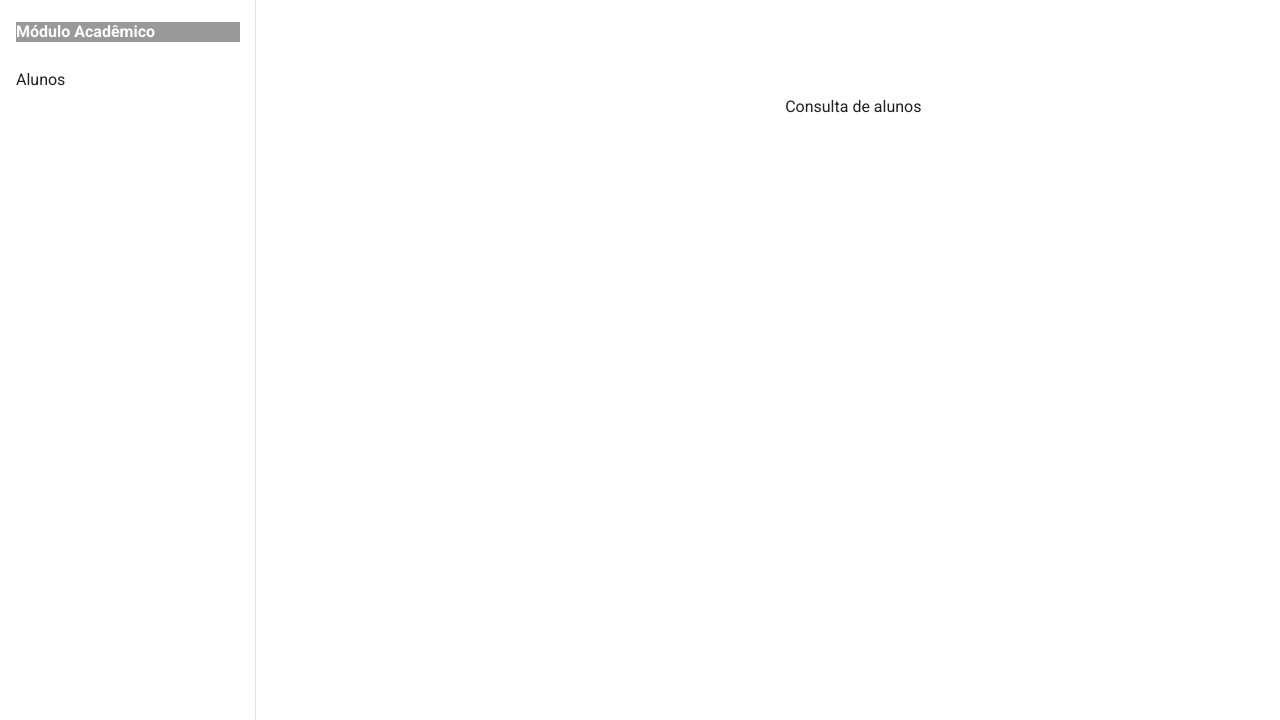
Repository: sergiohidekiono/vue-student
Page: /
The author's editor kept a copy of each file at every save. The page is drawn from the files as they stood at one save, then again after the next save.
The browser window is 1280 px wide. The pictures show the whole page.
The project was rebuilt for these pictures with package versions that can differ from the ones it lists, and the page was loaded fresh each time. Also part of the build but not shown: vue.config.js.

Above is the page before, as saved 2024-08-07 09:36:01.

### src/App.vue
<template>
  <v-app>
    <v-main class="wrapper">
      <StudentList class="wrapper" />
    </v-main>
  </v-app>
</template>

<script>
import StudentList from './components/student-list';

export default {
  name: 'App',

  components: {
    StudentList,
  },

  data: () => ({
    //
  }),
};
</script>

<style>
.wrapper {
  width: 100vw;
  height: 100vh;
  margin: 0;
}
</style>

### src/components/student-list.vue
<template>
    <v-container>
        <v-row>
            <div class="d-flex align-start">
                <v-img :src="require('../assets/logo.png')" class="my-3" />
            </div>
        </v-row>
        <!-- <v-row>
            <v-col cols="2">
                <v-row class="">
                    <h4>Módulo Acadêmico</h4>
                </v-row>
                <v-row>
                    <span>Alunos</span>
                </v-row>

            </v-col>
            <v-col cols="10">
                <v-row cols="12" class="d-flex justify-center">
                    <span>Consulta de alunos</span>
                </v-row>
            </v-col>
        </v-row> -->
        <v-row>
            <v-col cols="2">
                <v-navigation-drawer v-model="drawer" app clipped :permanent="false">
                    <v-list>
                        <v-list-item>
                            <v-list-item-content class="header-table">
                                <v-list-item-title style="padding: 0; margin: 0;">
                                    <h4>Módulo Acadêmico</h4>
                                </v-list-item-title>
                            </v-list-item-content>
                        </v-list-item>
                        <v-list-item link>
                            <v-list-item-content>
                                <v-list-item-title>Alunos</v-list-item-title>
                            </v-list-item-content>
                        </v-list-item>
                    </v-list>
                </v-navigation-drawer>
            </v-col>
            <v-col cols="10">
                <v-row cols="12" class="d-flex justify-center">
                    <span>Consulta de alunos</span>
                </v-row>
            </v-col>
        </v-row>

    </v-container>
</template>

<script>

export default {
    mounted() {
        this.$nextTick(() => {
            const elements = document.querySelectorAll('.v-list-item-content');
            elements.forEach(element => {
                element.removeAttribute('tabindex');
            });
        });
    }
};

</script>

<style scoped>
.header-table {
    color: white;
    background: #999999;
    padding: 0 !important;
    /* Força a remoção do padding */
}

.v-list-item-content {
    padding: 0 !important;
    /* Remove padding dos itens de lista */
}

.v-list-item-title {
    padding: 0 !important;
    /* Remove padding dos títulos */
}
</style>

Loaded but not shown: public/index.html (common file); src/main.js (common file); src/plugins/vuetify.js (common file)

After the next save:
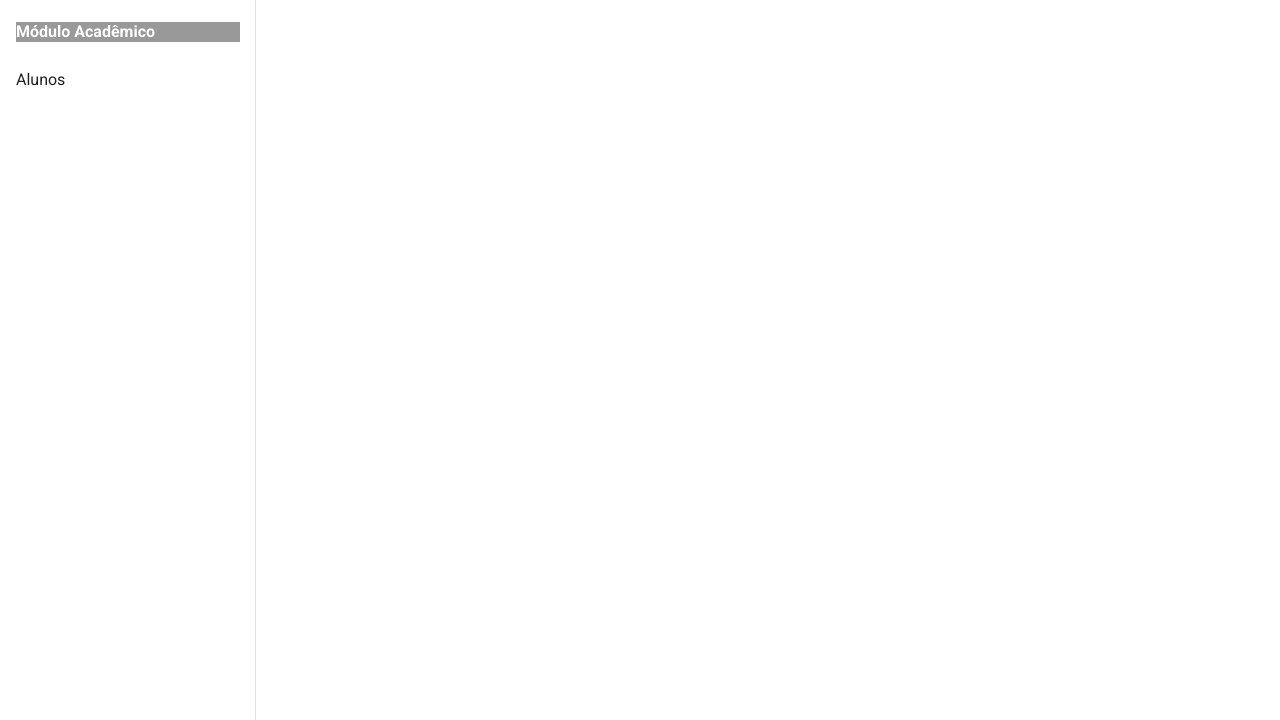
Saved 25 s later.
--- a/src/components/student-list.vue
+++ b/src/components/student-list.vue
@@ -26,25 +26,21 @@
                 <v-navigation-drawer v-model="drawer" app clipped :permanent="false">
                     <v-list>
                         <v-list-item>
-                            <v-list-item-content class="header-table">
+                            <v-list-item-content class="header-table" style="padding: 0 !important;">
                                 <v-list-item-title style="padding: 0; margin: 0;">
                                     <h4>Módulo Acadêmico</h4>
                                 </v-list-item-title>
                             </v-list-item-content>
                         </v-list-item>
                         <v-list-item link>
-                            <v-list-item-content>
+                            <v-list-item-content style="padding: 0;">
                                 <v-list-item-title>Alunos</v-list-item-title>
                             </v-list-item-content>
                         </v-list-item>
                     </v-list>
                 </v-navigation-drawer>
             </v-col>
-            <v-col cols="10">
-                <v-row cols="12" class="d-flex justify-center">
-                    <span>Consulta de alunos</span>
-                </v-row>
-            </v-col>
+
         </v-row>
 
     </v-container>

After the 3 saves that followed:
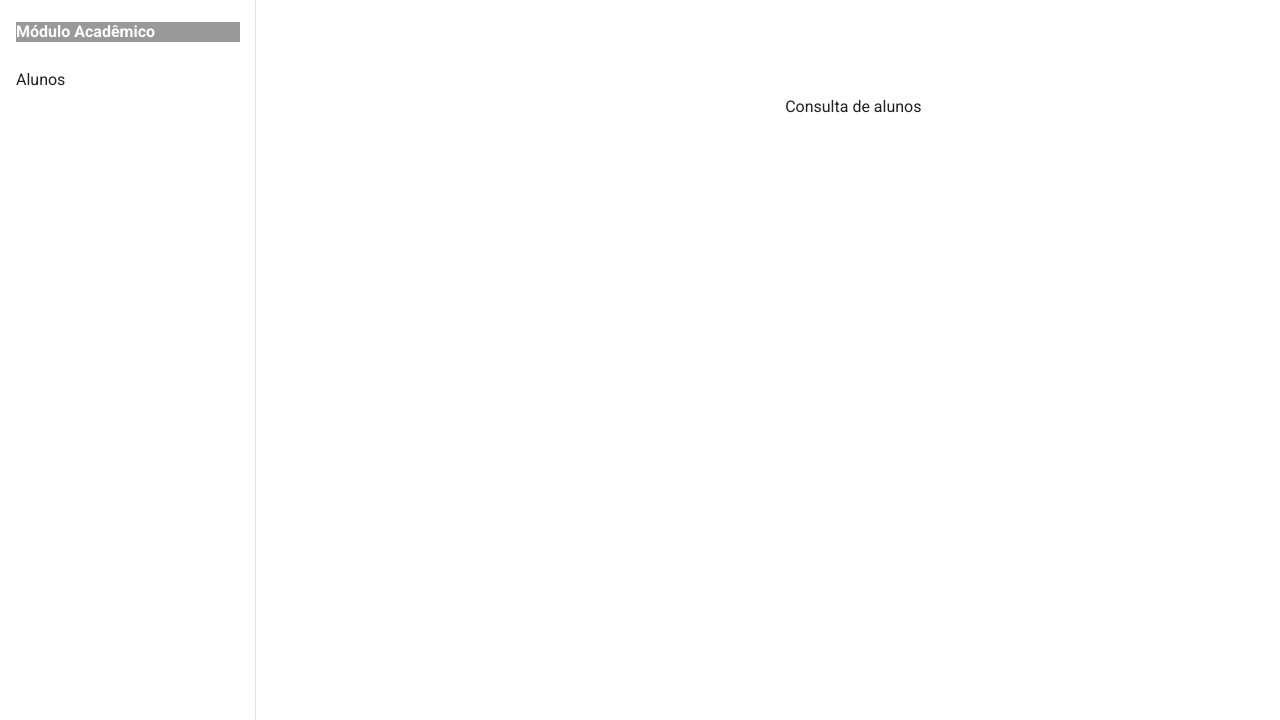
The 3 saves are shown as one change because 2 left the picture as it was.
The last was saved 89 s later.
--- a/src/components/student-list.vue
+++ b/src/components/student-list.vue
@@ -40,9 +40,12 @@
                     </v-list>
                 </v-navigation-drawer>
             </v-col>
-
+            <v-col cols="10">
+                <v-row cols="12" class="d-flex justify-center">
+                    <span>Consulta de alunos</span>
+                </v-row>
+            </v-col>
         </v-row>
-
     </v-container>
 </template>
 
